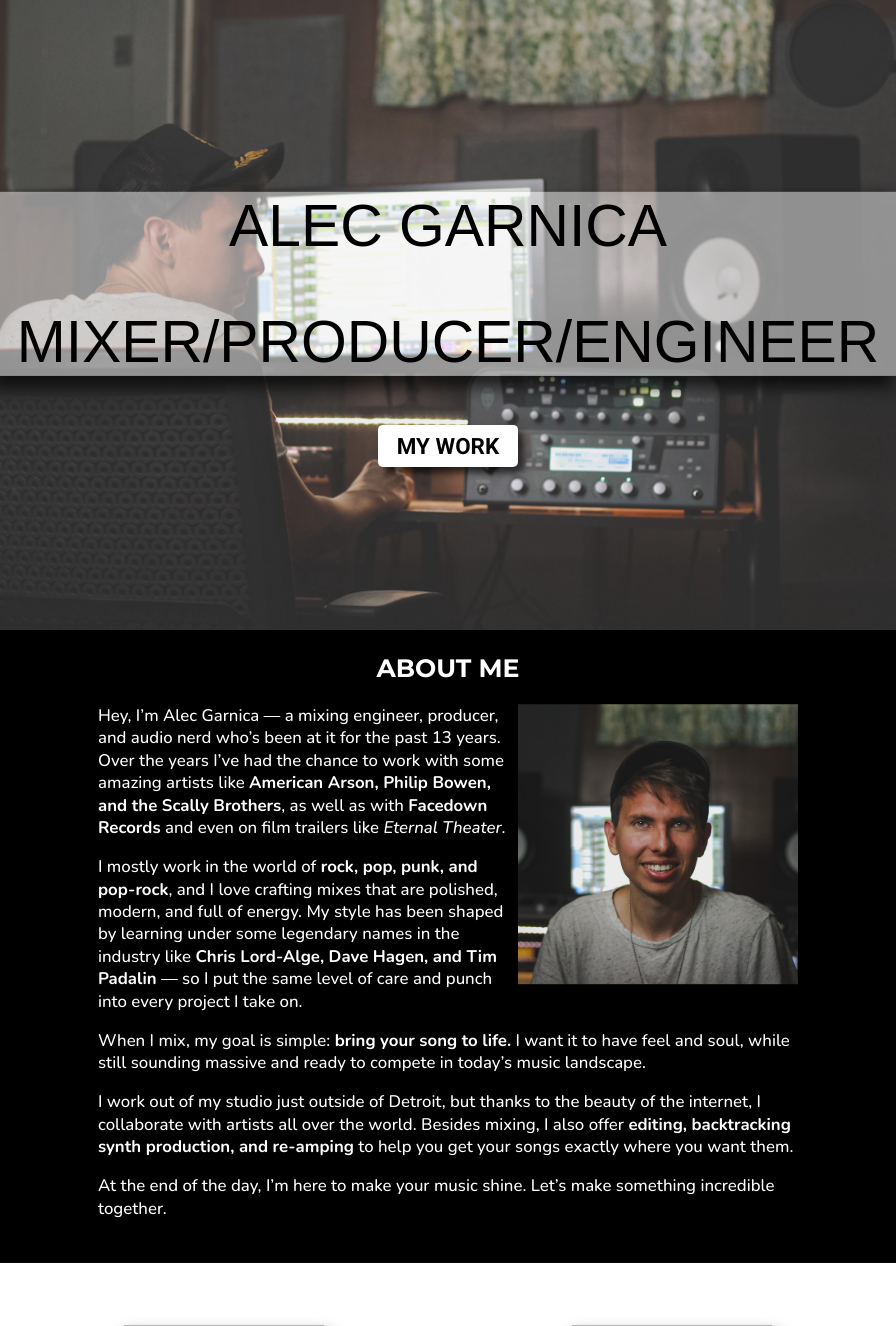
Repository: Aworminator/mixing-portfolio
Page: index.html
The author's editor kept a copy of each file at every save. The page is drawn from the files as they stood at one save, then again after the next save.
The browser window is 1280 px wide. The pictures show the part of the page from y = 0 to 1894 px (the page is 3856 px tall before and 4760 px after), at 70% of full size.
Pictures or frames that could not be fetched are drawn as grey boxes. Some web fonts or font styles are not loaded; a fallback is used.

Above is the page before, as saved 2025-08-22 16:48:41.

### index.html
<!DOCTYPE html>
<html lang="en">
  <head>
    <meta charset="UTF-8" />
    <meta name="viewport" content="width=device-width, initial-scale=1.0" />
    <title>Document</title>
    <link rel="preconnect" href="https://fonts.googleapis.com" />
    <link rel="preconnect" href="https://fonts.gstatic.com" crossorigin />
    <link
      href="https://fonts.googleapis.com/css2?family=Gothic+A1:wght@100;200;300;400;500;600;700;800;900&family=Rock+Salt&family=Nunito:ital,wght@0,200..1000;1,200..1000&family=Montserrat:ital,wght@0,100..900;1,100..900&family=Caveat:wght@400..700&display=swap"
      rel="stylesheet"
    />
    <link
      href="https://fonts.googleapis.com/css2?family=Roboto:ital,wght@0,100..900;1,100..900&display=swap"
      rel="stylesheet"
    />
    <link rel="stylesheet" href="styles.css" />
    <link
      rel="stylesheet"
      href="https://cdnjs.cloudflare.com/ajax/libs/font-awesome/6.0.0/css/all.min.css"
      integrity="sha512-9usAa10IRO0HhonpyAIVpjrylPvoDwiPUiKdWk5t3PyolY1cOd4DSE0Ga+ri4AuTroPR5aQvXU9xC6qOPnzFeg=="
      crossorigin="anonymous"
      referrerpolicy="no-referrer"
    />
  </head>
  <body>
    <section class="home-page">
      <img
        src="./images/backShot.JPG"
        class="main-pic"
        alt="alecgarnica.com photo"
      />
      <div class="header">
        <h1 class="gothic-a1-regular">ALEC GARNICA</h1>
        <h2 class="gothic-a1-regular">MIXER/PRODUCER/ENGINEER</h2>
      </div>
      <h2 class="work-button">MY WORK</h2>
    </section>
    <section class="about-me">
      <div class="about-info">
        <h1>ABOUT ME</h1>
        <img src="./images/font-shot.JPG" class="front-shot" alt="" />
        <p>
          Hey, I’m Alec Garnica — a mixing engineer, producer, and audio nerd
          who’s been at it for the past 13 years. Over the years I’ve had the
          chance to work with some amazing artists like
          <strong>American Arson, Philip Bowen, and the Scally Brothers</strong
          >, as well as with <strong>Facedown Records</strong> and even on film
          trailers like <em>Eternal Theater</em>.
        </p>

        <p>
          I mostly work in the world of
          <strong>rock, pop, punk, and pop-rock</strong>, and I love crafting
          mixes that are polished, modern, and full of energy. My style has been
          shaped by learning under some legendary names in the industry like
          <strong>Chris Lord-Alge, Dave Hagen, and Tim Padalin</strong> — so I
          put the same level of care and punch into every project I take on.
        </p>

        <p>
          When I mix, my goal is simple:
          <strong>bring your song to life.</strong> I want it to have feel and
          soul, while still sounding massive and ready to compete in today’s
          music landscape.
        </p>

        <p>
          I work out of my studio just outside of Detroit, but thanks to the
          beauty of the internet, I collaborate with artists all over the world.
          Besides mixing, I also offer
          <strong>editing, backtracking synth production, and re-amping</strong>
          to help you get your songs exactly where you want them.
        </p>

        <p>
          At the end of the day, I’m here to make your music shine. Let’s make
          something incredible together.
        </p>

      </div>
    </section>
    <section class="videos">

    </section>
    <section class="audio-examples">
      <div class="group">
        <div id="input"></div>
      </div>
    </section>

    <script src="script.js"></script>
  </body>
</html>

### styles.css
body,
html {
  margin: 0;
  padding: 0;
}

.rock-salt-regular {
  font-family: "Rock Salt", cursive;
  font-weight: 400;
  font-style: normal;
}

.gothic-a1-regular {
  font-family: "Gothic A1", sans-serif;
  font-weight: 500;
  font-style: normal;
}

p {
  font-family: "Nunito", sans-serif;
  font-optical-sizing: auto;
  font-weight: 500;
  font-style: normal;
}

h1,
h2,
h3 {
  font-family: "Montserrat", sans-serif;
  font-optical-sizing: auto;
  font-weight: <weight>;
  font-style: normal;
}

h3 {
  opacity: 80%;
}

.main-pic {
  width: 100%;
  margin: 0 auto;
  object-fit: cover;
  height: 900px;
  z-index: -1;
  opacity: 90%;
}

.home-page {
  height: 900px;
}

.about-me {
  height: 900px;
  background-color: rgb(0, 0, 0);
  border: 2px solid black;
  margin: 0 auto;
}

.about-info {
  color: white;
  font-size: 1.5em;
  width: 1000px;
  margin: 0 auto;
}

.about-me {
  height: 900px;
  background-color: rgb(0, 0, 0);
  border: 2px solid black;
  margin: 0 auto;
}

.front-shot {
  float: right;
  height: 400px;
  width: 400px;
  object-fit: cover;
  aspect-ratio: 1 / 1;
}

.header {
  position: relative;
  bottom: 700px;
  z-index: 1;
  font-size: 3.5em;
  text-align: center;
  background-color: rgba(255, 255, 255, 0.467);
  box-shadow: -8px 14px 20px 4px rgb(0 0 0 / 69%);
}

.work-button {
  position: relative;
  bottom: 700px;
  display: flex;
  justify-content: center;
  align-items: center;
  text-align: center;
  font-size: 2em;
  background-color: rgb(255, 255, 255);
  width: 200px;
  height: 60px;
  border-radius: 7px;
  margin: 0 auto;
  box-shadow: 8px 9px 10px rgb(0 0 0 / 65%);
  font-family: "Roboto", sans-serif;
  font-optical-sizing: auto;
  font-weight: <weight>;
  font-style: normal;
  font-variation-settings: "wdth" 100;
}

.work-button:hover {
  transform: scale(1.1);
}

.work-button:active {
  transform: scale(0.9);
}

.card {
  height: 500px;
  width: 300px;
  border: 2px solid black;
  background-color: rgb(255, 255, 255);
  background: url("https://www.patternpictures.com/wp-content/uploads/Crumpled-white-paper-texture-background.jpg");
  background-color: rgba(255, 255, 255, 0.775);
  background-blend-mode: lighten;
  box-shadow: 5px 10px 20px 0 rgba(0, 0, 0, 0.535);
  border-radius: 10px;
  margin: 90px;
  display: flex;
  flex-direction: column;
  justify-content: flex-start;
  align-items: center;
  flex-wrap: wrap;
  z-index: 1;
}

h1 {
  text-align: center;
}

h4 {
  font-family: "Caveat";
  font-optical-sizing: auto;
  font-weight: <weight>;
  font-style: normal;
  text-shadow: 2px 5px 6px rgba(0, 0, 0, 0.18);
}

#input {
  display: flex;
  justify-content: center;
  flex-direction: column;
  flex-wrap: wrap;
}

.audio-examples {
  display: flex;
  flex-direction: column;
  justify-content: flex-start;
}

.album-artwork {
  height: 300px;
  width: 300px;
  border-radius: 10px 10px 0 0;
  position: relative;
}

.card-info {
  display: flex;
  flex-direction: row;
  justify-content: space-around;
  width: 200px;
  margin-top: 10px;
  margin-bottom: 0;
  position: relative;
}

.band-info {
  border-radius: 10px;
  padding: 5px 10px;
  height: 100px;
  width: 200px;
  display: flex;
  flex-direction: column;
  align-items: flex-start;
  font-size: 0.9em;
  text-align: left;
}

.album-title {
  position: relative;
  bottom: 15px;
}

.link {
  text-decoration: none;
  color: black;
}

.link:hover {
  text-decoration: underline;
  transform: scale(1.05);
}

@keyframes move-words {
  0% {
    left: 100%;
  }
  100% {
    left: -100%;
  }
}

.fa-pause,
.fa-play {
  font-size: 2em;
  position: relative;
  right: 12px;
}

.fa-play:active {
  font-size: 2em;
  position: relative;
  transform: scale(0.8);
}

.player {
  display: flex;
  flex-direction: row;
  align-items: center;
  justify-content: center;
  padding: 10px 0 0 0;
  margin-bottom: 25px;
}

.progress-bar {
  background-color: white;
  border-radius: 40px;
  color: black;
  width: 150px;
  height: 12px;
  border: 1px solid rgb(221, 144, 99);
}

.progress {
  background-color: rgb(244, 164, 117);
  border-radius: 40px;
  height: 100%;
  width: 0%;
}

@media screen and (min-width: 768px) {
  #input {
    display: flex;
    flex-direction: row;
    justify-content: space-around;
  }

  body {
    /* width: 100%;
    transform: scale(0.9); */
  }
}

### script.js
let songs = [
  {
    albumArt:
      "https://facedownrecords.com/wp-content/uploads/2023/09/FCD195-3000.jpg",
    artist: "American Arson",
    song: "The Heat |: Run",
    name: "Run - American Arson.wav",
    artistLink:
      "https://open.spotify.com/artist/7cl9j0U54gBxbcGO7zXXs2?si=Y8YFn_WdRy2WaXkD7kTK9A",
    songLink:
      "https://open.spotify.com/track/4LscxvJWC9iHOBJmns7oVh?si=cf5a5d8cefe242de",
  },
  {
    albumArt:
      "https://i.scdn.co/image/ab67616d0000b27369a57afe6b668fe34d4e9914",
    artist: "Philip Bowen",
    song: "Better Way",
    name: "Fireflies - Camino Kid.wav",
    artistLink:
      "https://open.spotify.com/artist/3Mm4P393IFVqIQDmL691G9?si=A1uk_0hjSPOLajqtXdFjjQ",
    songLink:
      "https://open.spotify.com/track/2iAruT7aaz0of7HgP6AXJ5?si=48f3d1c8590f4527",
  },
  {
    albumArt:
      "https://i.scdn.co/image/ab67616d00001e02c0d49229ee1521c01ba40c3e",
    artist: "Chery Blossom Club",
    song: "Astray",
    name: "All Is Well - Jared Withrow.wav",
    artistLink:
      "https://open.spotify.com/artist/7LDoytlH8MNe9zu2VIu5uB?si=W9AvoN22T46V6yPUWuvBdA",
    songLink:
      "https://open.spotify.com/track/77lonoP2aKYjy99jGNJf3r?si=8c8acfcdc6ff47a3",
  },
  {
    albumArt:
      "https://i.scdn.co/image/ab67616d00001e02066f1a88ce4c1492f016dc33",
    artist: "Jared Withrow",
    song: "All Is Well",
    name: "All Is Well - Jared Withrow.wav",
    artistLink:
      "https://open.spotify.com/artist/5HWM1z6NnHcvOnUeLcCAKn?si=47omOcpARfSCEVpzm1sS9w",
    songLink:
      "https://open.spotify.com/track/60aH38LMrZZam1xIewtDBR?si=670e49b3f44149bb",
  },
  {
    albumArt: "./images/albums/caminoKid.jpg",
    artist: "Camino Kid",
    song: "Fireflies(Cover)",
    name: "Fireflies - Camino Kid.wav",
    artistLink:
      "https://open.spotify.com/artist/5Dm6l5ypjnBRX4r3o2vzkZ?si=yQY43V2TQ06EWhuZaBigIg",
    songLink:
      "https://open.spotify.com/track/2ckxbqWp45dph2w9lZHEuz?si=ac1ee9025897455e",
  },
  {
    albumArt:
      "https://www.shazam.com/mkimage/image/thumb/Music122/v4/09/7e/41/097e41aa-4970-2849-a3a6-7e0279f900af/artwork.jpg/375x375bb.webp",
    artist: "The Scally Brothers",
    song: "Lion and the Lamb",
    name: "Fireflies - Camino Kid.wav",
    artistLink:
      "https://open.spotify.com/artist/1zxZJBr1JIL8X4zDvpkFos?si=ZAqeO_ZFRFWOyXo424s7Ng",
    songLink:
      "https://open.spotify.com/track/74FoVUSj3mCoDl6XZTojDW?si=b75b83345caf4865",
  },
];

let input = document.querySelector("#input");

function updateProgress(e, songName) {
  let { currentTime, duration } = e.srcElement;
  const progressPercentage = (currentTime / duration) * 100;
  document.getElementById(
    `progress-${songName}`
  ).style.width = `${progressPercentage}%`;

  const playBtn = document.getElementById(`playBtn-${songName}`);
  if (currentTime === duration) {
    playBtn.classList.add("fa-play");
    playBtn.classList.remove("fa-pause");
  } else {
    playBtn.classList.add("fa-pause");
    playBtn.classList.remove("fa-play");
  }
}

function setProgress(e, songName) {
  const width = e.currentTarget.clientWidth;
  const clickX = e.offsetX;
  const audio = document.getElementById(`audio-${songName}`);
  const duration = audio.duration;

  audio.currentTime = (clickX / width) * duration;
}

function playAudio(songName) {
  const audio = document.getElementById(`audio-${songName}`);
  audio.play();
}

function pauseAudio(songName) {
  const audio = document.getElementById(`audio-${songName}`);
  audio.pause();
}

songs.forEach((song) => {
  const card = document.createElement("div");
  card.classList.add("card");
  card.innerHTML = `
    <img class="album-artwork" src="${song.albumArt}" alt="">
    <div class="mp3">
      <div class="band-info">
        <a href="${song.songLink}" class="link"><h1 class="band-name">${song.song}</h1></a>
        <a href="${song.artistLink}" class="link"><h3 class="album-title">${song.artist}</h3></a>
      </div>
      <div class="player">
        <i class="fa-solid fa-play" id="playBtn-${song.name}" onclick="toggleAudio('${song.name}')"></i>
        <audio preload="metadata" id="audio-${song.name}" src="./audio/${song.name}"></audio>
        <div class="progress-bar" id="progress-bar-${song.name}">
          <div class="progress" id="progress-${song.name}"></div>
        </div>
      </div>
    </div>
  `;
  input.appendChild(card);

  const audio = document.getElementById(`audio-${song.name}`);
  const progressBar = document.getElementById(`progress-bar-${song.name}`);

  audio.addEventListener("timeupdate", (e) => updateProgress(e, song.name));
  progressBar.addEventListener("click", (e) => setProgress(e, song.name));
});

function toggleAudio(songName) {
  const audio = document.getElementById(`audio-${songName}`);
  const playBtn = document.getElementById(`playBtn-${songName}`);

  if (audio.paused || audio.ended) {
    playAudio(songName);
    playBtn.classList.remove("fa-play");
    playBtn.classList.add("fa-pause");
  } else {
    pauseAudio(songName);
    playBtn.classList.remove("fa-pause");
    playBtn.classList.add("fa-play");
  }

  audio.onpause = () => {
    playBtn.classList.remove("fa-pause");
    playBtn.classList.add("fa-play");
  };
  audio.onplay = () => {
    playBtn.classList.remove("fa-play");
    playBtn.classList.add("fa-pause");
  };
}

After the next save:
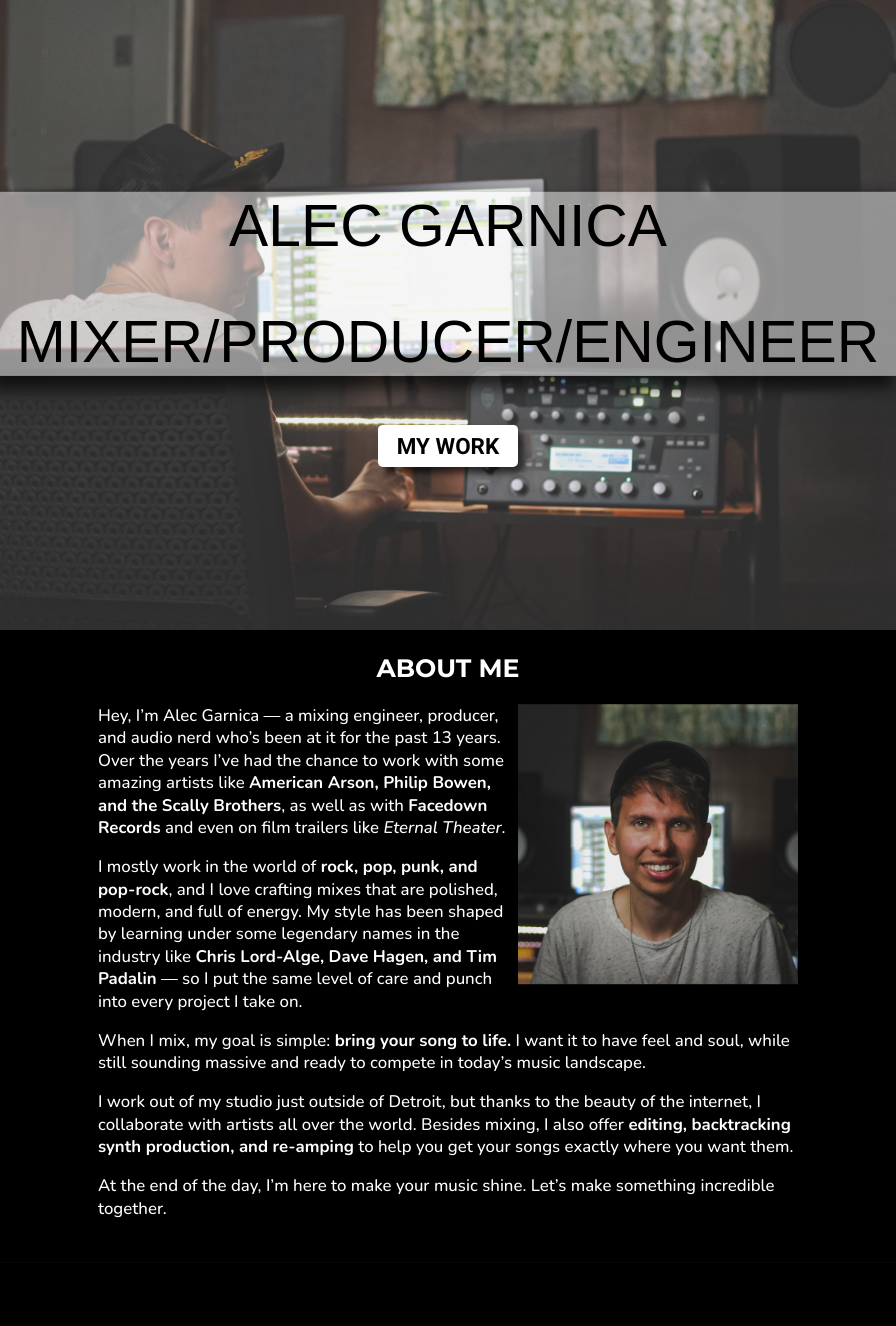
Saved 4 s later.
--- a/styles.css
+++ b/styles.css
@@ -63,7 +63,7 @@
   margin: 0 auto;
 }
 
-.about-me {
+.videos {
   height: 900px;
   background-color: rgb(0, 0, 0);
   border: 2px solid black;
